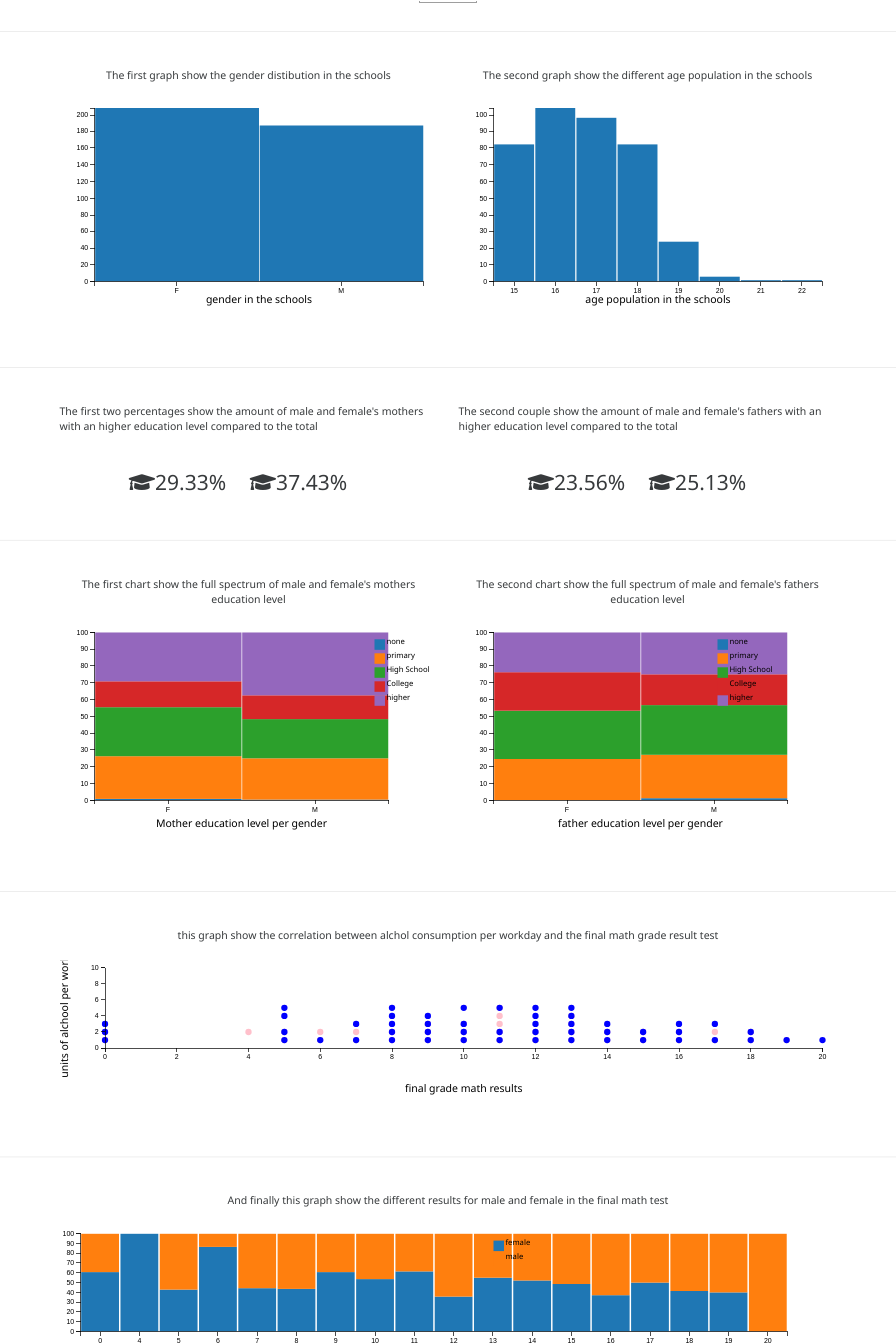
Repository: Baal89/second-milestone-project
Page: index.html
The author's editor kept a record of every edit. The page is drawn from the files as they stood at one moment, then again after the next edit.
The browser window is 1280 px wide. The pictures show the part of the page from y = 446 to 2366 px (the page is 2619 px tall), at 70% of full size.
Some web libraries are served in a nearby version.

Above is the page before.

### index.html
<!DOCTYPE html>
<html lang="en">

<head>
    <meta charset="UTF-8">
    <meta name="viewport" content="width=device-width, initial-scale=1.0">
    <meta http-equiv="X-UA-Compatible" content="ie=edge">
    <title>Student Performance</title>

    <link rel="stylesheet" href="static/css/bootstrap.min.css" type="text/css" />
    <link rel="stylesheet" href="static/css/dc.min.css" type="text/css" />
    <link rel="stylesheet" type="text/css" href="https://cdnjs.cloudflare.com/ajax/libs/font-awesome/5.10.2/css/all.css">
    <link rel="stylesheet" href="static/css/style.css" type="text/css" />

    <script type="text/javascript" src="static/js/d3.min.js"></script>
    <script type="text/javascript" src="static/js/crossfilter.min.js"></script>
    <script type="text/javascript" src="static/js/dc.min.js"></script>
    <script type="text/javascript" src="static/js/queue.min.js"></script>
    <script type="text/javascript" src="static/js/graph.js"></script>

</head>

<body>

    <nav class="navbar navbar-expand-lg navbar-dark bg-dark">
        <a class="navbar-brand" href="#">Student performance</a>
    </nav>

    <main>
        <article class="container">
            <header>
                <h1>How alcohol consumption and parental education level affect student performance</h1>
                <p>This is a report from the Ministry of the Education with the purpose to help school administrators to focus on how the social enviroment of the children can affect their academic performance.</p>
            </header>
            <p>the report is focused on the parental education level of the children and on their alcohol consumption per workday, ponting out that children with poor parental level of education usualy achieve a lower score and the alchol consumption per
                workday is generally high specially in the male component of the schools.<br> With this report the Ministry want to create, with the support of the school administrators, a scheme focused on these critical issues to provide support to
                those children who might need it, helping them to achieve the best possible result in the most safe enviroment.
            </p>
        </article>

        <section class="section">
            <div class="container">

                <div class="row">
                    <div class="col-12 col-md-12 text-center">
                        <h2>Gabriel Pereira or Mousinho da Silveira(schools)</h2>
                    </div>
                </div>
                <div class="row">
                    <div class="col-12 col-md-12 text-center" id="discipline-selector"></div>
                </div>
            </div>
        </section>


        <section class="section">
            <div class="container">

                <div class="row">
                    <div class="col-12 col-lg-6 text-center">
                        <p class="section-paragraph">The first graph show the gender distibution in the schools</p>
                    </div>
                    <div class="col-12 col-lg-6 text-center">
                        <p class="section-paragraph">The second graph show the different age population in the schools</p>
                    </div>
                </div>

                <div class="row">
                    <div class="col-12 col-lg-6 text-center custom-chart" id="sex-distribution"></div>
                    <div class="col-12 col-lg-6 text-center custom-chart" id="age-distribution"></div>
                </div>
            </div>
        </section>


        <section class="section">
            <div class="container">

                <div class="row">
                    <div class="col-12 col-lg-6">
                        <p class="section-paragraph">The first two percentages show the amount of male and female's mothers with an higher education level compared to the total</p>
                    </div>
                    <div class="col-12 col-lg-6">
                        <p class="section-paragraph">The second couple show the amount of male and female's fathers with an higher education level compared to the total</p>
                    </div>
                </div>
                <div class="row">
                    <div class="col-12 col-lg-6 text-center percentage">
                        <i class="fas fa-graduation-cap" aria-hidden="true"></i><span class="number-box" id="percentage-of-female-mother-higher-education"></span>
                        <i class="fas fa-graduation-cap" aria-hidden="true"></i><span class="number-box" id="percentage-of-male-mother-higher-education"></span>
                    </div>
                    <div class="col-12 col-lg-6 text-center percentage">
                        <i class="fas fa-graduation-cap" aria-hidden="true"></i><span class="number-box" id="percentage-of-female-father-higher-education"></span>
                        <i class="fas fa-graduation-cap" aria-hidden="true"></i><span class="number-box" id="percentage-of-male-father-higher-education"></span>
                    </div>
                </div>
            </div>
        </section>



        <section class="section">
            <div class="container">

                <div class="row">
                    <div class="col-12 col-lg-6 text-center">
                        <p class="section-paragraph">The first chart show the full spectrum of male and female's mothers education level</p>
                    </div>
                    <div class="col-12 col-lg-6 text-center">
                        <p class="section-paragraph">The second chart show the full spectrum of male and female's fathers education level</p>
                    </div>
                </div>
                <div class="row">
                    <div class="col-12 col-lg-6 text-center custom-chart" id="mother-education"></div>
                    <div class="col-12 col-lg-6 text-center custom-chart" id="father-education"></div>
                </div>
            </div>
        </section>


        <section class="section">
            <div class="container">

                <div class="row">
                    <div class="col-12 text-center">
                        <p class="section-paragraph">this graph show the correlation between alchol consumption per workday and the final math grade result test</p>
                    </div>
                </div>
                <div class="row">
                    <div class="col-12 text-center custom-chart" id="workday-alcohol-graduation"></div>
                </div>
            </div>
        </section>


        <section class="section">
            <div class="container">

                <div class="row">
                    <div class="col-12 text-center">
                        <p class="section-paragraph">And finally this graph show the different results for male and female in the final math test</p>
                    </div>
                </div>
                <div class="row">
                    <div class="col-12 text-center custom-chart" id="student-performance"></div>
                </div>
            </div>
        </section>

        <footer class="container-fluid">
            <div id="footer-details" class="row">
                <div class="col-12 col-md-6 repository">
                    <a target="_blank" href="https://github.com/Baal89/second-milestone-project"><i class="fab fa-github"></i></a>
                </div>
                <div class="col-12 col-md-6 project">
                    <h6 class="inline-block">
                        &copy;2019 Alessio Centamore <br/> CODE INSITITUTE MILESTONE PROJECT
                    </h6>
                </div>
            </div>
        </footer>
    </main>
</body>

</html>

### static/css/style.css
.section {
    border-bottom: 1px solid #e6e6e6;
    padding: 40px 0;
}

.number-box,
.fas.fa-graduation-cap {
    font-size: 30px;
}

.number-box {
    margin-right: 30px;
}

.custom-chart {
    margin-bottom: 40px;
}

.percentage {
    padding: 20px;
}

.section-paragraph {
    padding: 10px 0;
}

footer {
    background-color: #000000;
    color: #fafafa;
    min-height: 120px;
    margin: 0;

}

#footer-details {
    margin: 20px;
    letter-spacing: 0.2em;
    padding-top: 10px;
}

#footer-details a i {
    width: 50px;
    height: 50px;
    padding: 35px 0;
    border-radius: 80%;
    font-size: 60px;
    line-height: 7px;
    text-align: center;
    color: blue;
    transition: all, 0.35s ease-in-out;
    -moz-transition: all, 0.35s ease-in-out;
    -webkit-transition: all, 0.35s ease-in-out;
    -o-transition: all, 0.35s ease-in-out;
}

@media screen and (max-width: 648px) {
    .container-graph {
        overflow: hidden;
        overflow-x: scroll;
        border: none;
    }
}

### static/js/graph.js
queue()
    .defer(d3.csv, "data/student-mat.csv")
    .await(makeGraphs);

function makeGraphs(error, performanceData) {
    var ndx = crossfilter(performanceData);

    performanceData.forEach(function(d) {
        d.G3 = parseInt(d.G3);
    });

    show_discipline_selector(ndx);

    show_sex_distribution(ndx);
    show_age_distribution(ndx);
    show_mother_education(ndx);
    show_father_education(ndx);

    show_percent_higher_mother_education(ndx, "F", "#percentage-of-female-mother-higher-education");
    show_percent_higher_mother_education(ndx, "M", "#percentage-of-male-mother-higher-education");
    show_percent_higher_father_education(ndx, "F", "#percentage-of-female-father-higher-education");
    show_percent_higher_father_education(ndx, "M", "#percentage-of-male-father-higher-education");

    show_performance_to_workday_alcohol_cosumption(ndx);

    show_student_performance(ndx);

    dc.renderAll();
}

function show_discipline_selector(ndx) {
    var dim = ndx.dimension(dc.pluck("discipline"));
    var group = dim.group();

    dc.selectMenu("#discipline-selector")
        .dimension(dim)
        .group(group);
}

function show_sex_distribution(ndx) {
    var dim = ndx.dimension(dc.pluck("sex"));
    var group = dim.group();

    dc.barChart("#sex-distribution")
        .height(300)
        .margins({ top: 10, right: 50, bottom: 30, left: 50 })
        .dimension(dim)
        .group(group)
        .transitionDuration(500)
        .x(d3.scale.ordinal())
        .xUnits(dc.units.ordinal)
        .elasticY(true)
        .xAxisLabel("gender in the schools")
        .yAxis().ticks(10);
}

function show_age_distribution(ndx) {
    var dim = ndx.dimension(dc.pluck("age"));
    var group = dim.group();

    dc.barChart("#age-distribution")
        .height(300)
        .margins({ top: 10, right: 50, bottom: 30, left: 50 })
        .dimension(dim)
        .group(group)
        .transitionDuration(500)
        .x(d3.scale.ordinal())
        .xUnits(dc.units.ordinal)
        .elasticY(true)
        .xAxisLabel("age population in the schools")
        .yAxis().ticks(10);
}

function show_mother_education(ndx) {

    function motherEducation(dimension, Medu) {
        return dimension.group().reduce(
            function(p, v) {
                p.total++;
                if (v.Medu == Medu) {
                    p.match++;
                }
                return p;
            },
            function(p, v) {
                p.total--;
                if (v.Medu == Medu) {
                    p.match--;
                }
                return p;
            },
            function() {
                return { total: 0, match: 0 };
            }
        );

    }
    var dim = ndx.dimension(dc.pluck("sex"));
    var noneMotherEducation = motherEducation(dim, "0");
    var firstMotherEducation = motherEducation(dim, "1");
    var secondaryMotherEducation = motherEducation(dim, "2");
    var secondaryGradeMotherEducation = motherEducation(dim, "3");
    var higherMotherEducation = motherEducation(dim, "4");


    dc.barChart("#mother-education")
        .height(300)
        .dimension(dim)
        .group(noneMotherEducation, "none")
        .stack(secondaryGradeMotherEducation, "primary")
        .stack(secondaryMotherEducation, "High School")
        .stack(firstMotherEducation, "College")
        .stack(higherMotherEducation, "higher")
        .valueAccessor(function(d) {
            if (d.value.total > 0) {
                return (d.value.match / d.value.total) * 100;
            }
            else {
                return 0;
            }
        })
        .x(d3.scale.ordinal())
        .xUnits(dc.units.ordinal)
        .xAxisLabel("Mother education level per gender")
        .legend(dc.legend().x(450).y(20).itemHeight(15).gap(5))
        .margins({ top: 10, right: 100, bottom: 50, left: 50 });
}

function show_father_education(ndx) {

    function fatherEducation(dimension, Fedu) {
        return dimension.group().reduce(
            function(p, v) {
                p.total++;
                if (v.Fedu == Fedu) {
                    p.match++;
                }
                return p;
            },
            function(p, v) {
                p.total--;
                if (v.Fedu == Fedu) {
                    p.match--;
                }
                return p;
            },
            function() {
                return { total: 0, match: 0 };
            }
        );

    }
    var dim = ndx.dimension(dc.pluck("sex"));
    var noneFatherEducation = fatherEducation(dim, "0");
    var firstFatherEducation = fatherEducation(dim, "1");
    var secondaryFatherEducation = fatherEducation(dim, "2");
    var secondaryGradeFatherEducation = fatherEducation(dim, "3");
    var higherFatherEducation = fatherEducation(dim, "4");


    dc.barChart("#father-education")
        .dimension(dim)
        .group(noneFatherEducation, "none")
        .stack(secondaryGradeFatherEducation, "primary")
        .stack(secondaryFatherEducation, "High School")
        .stack(firstFatherEducation, "College")
        .stack(higherFatherEducation, "higher")
        .valueAccessor(function(d) {
            if (d.value.total > 0) {
                return (d.value.match / d.value.total) * 100;
            }
            else {
                return 0;
            }
        })
        .x(d3.scale.ordinal())
        .xUnits(dc.units.ordinal)
        .xAxisLabel("father education level per gender")
        .legend(dc.legend().x(370).y(20).itemHeight(15).gap(5))
        .margins({ top: 10, right: 100, bottom: 50, left: 50 });
}

function show_percent_higher_mother_education(ndx, gender, element) {
    var percentageMotherHigherEducation = ndx.groupAll().reduce(
        function(p, v) {
            if (v.sex === gender) {
                p.count++;
                if (v.Medu === "4") {
                    p.are_higher++;
                }
            }
            return p;
        },
        function(p, v) {
            if (v.sex === gender) {
                p.count--;
                if (v.Medu === "4") {
                    p.are_higher--;
                }
            }
            return p;
        },
        function() {
            return { count: 0, are_higher: 0 };
        },
    );
    dc.numberDisplay(element)
        .formatNumber(d3.format(".2%"))
        .valueAccessor(function(d) {
            if (d.count == 0) {
                return 0;
            }
            else {
                return (d.are_higher / d.count);
            }
        })
        .group(percentageMotherHigherEducation);
}

function show_percent_higher_father_education(ndx, gender, element) {
    var percentageFatherHigherEducation = ndx.groupAll().reduce(
        function(p, v) {
            if (v.sex === gender) {
                p.count++;
                if (v.Fedu === "4") {
                    p.are_higher++;
                }
            }
            return p;
        },
        function(p, v) {
            if (v.sex === gender) {
                p.count--;
                if (v.Fedu === "4") {
                    p.are_higher--;
                }
            }
            return p;
        },
        function() {
            return { count: 0, are_higher: 0 };
        },
    );
    dc.numberDisplay(element)
        .formatNumber(d3.format(".2%"))
        .valueAccessor(function(d) {
            if (d.count == 0) {
                return 0;
            }
            else {
                return (d.are_higher / d.count);
            }
        })
        .group(percentageFatherHigherEducation);
}

function show_performance_to_workday_alcohol_cosumption(ndx) {

    var genderColors = d3.scale.ordinal()
        .domain(["Female", "Male"])
        .range(["pink", "blue"]);

    var performanceDim = ndx.dimension(dc.pluck("G3"))
    var consumptionDim = ndx.dimension(function(d) {
        return [d.G3, d.Dalc, d.sex];
    });
    var workDayConsumptionGroup = consumptionDim.group();

    var minPerformance = performanceDim.bottom(1)[0].G3;
    var maxPerformance = performanceDim.top(1)[0].G3;

    dc.scatterPlot("#workday-alcohol-graduation")
        .x(d3.scale.linear().domain([minPerformance, maxPerformance]))
        .y(d3.scale.linear().domain([0, 10]))
        .brushOn(false)
        .symbolSize(8)
        .clipPadding(5)
        .xAxisLabel("")
        .title(function(d) {
            return "Workday Consumption: " + d.key[1] + " units";
        })
        .colors(genderColors)
        .colorAccessor(function(d) {
            return d.key[2];
        })
        .dimension(consumptionDim)
        .group(workDayConsumptionGroup)
        .xAxisLabel("final grade math results")
        .yAxisLabel("units of alchool per workday")
        .margins({ top: 10, right: 50, bottom: 75, left: 65 })
        .yAxis().ticks(5);
}


function show_student_performance(ndx) {

    function schoolPerformance(dimension, sex) {
        return dimension.group().reduce(
            function(p, v) {
                p.total++;
                if (v.sex == sex) {
                    p.match++;
                }
                return p;
            },
            function(p, v) {
                p.total--;
                if (v.sex == sex) {
                    p.match--;
                }
                return p;
            },
            function() {
                return { total: 0, match: 0 };
            }
        );
    }

    var dim = ndx.dimension(dc.pluck("G3"));
    var femalePerformance = schoolPerformance(dim, "F");
    var malePerformance = schoolPerformance(dim, "M");

    dc.barChart("#student-performance")
        .dimension(dim)
        .group(femalePerformance, "female")
        .stack(malePerformance, "male")
        .valueAccessor(function(d) {
            if (d.value.total > 0) {
                return (d.value.match / d.value.total) * 100;
            }
            else {
                return 0;
            }
        })
        .x(d3.scale.ordinal())
        .xUnits(dc.units.ordinal)
        .xAxisLabel("final grade math results")
        .legend(dc.legend().x(620).y(20).itemHeight(15).gap(5))
        .margins({ top: 10, right: 100, bottom: 50, left: 30 });
}


window.addEventListener("resize", myFunction);

function myFunction() {
    dc.renderAll()
}

Loaded but not shown: static/css/bootstrap.min.css (library); static/css/dc.min.css (library); static/js/d3.min.js (library); static/js/crossfilter.min.js (library); static/js/dc.min.js (library); static/js/queue.min.js (common file)

After the next edit:
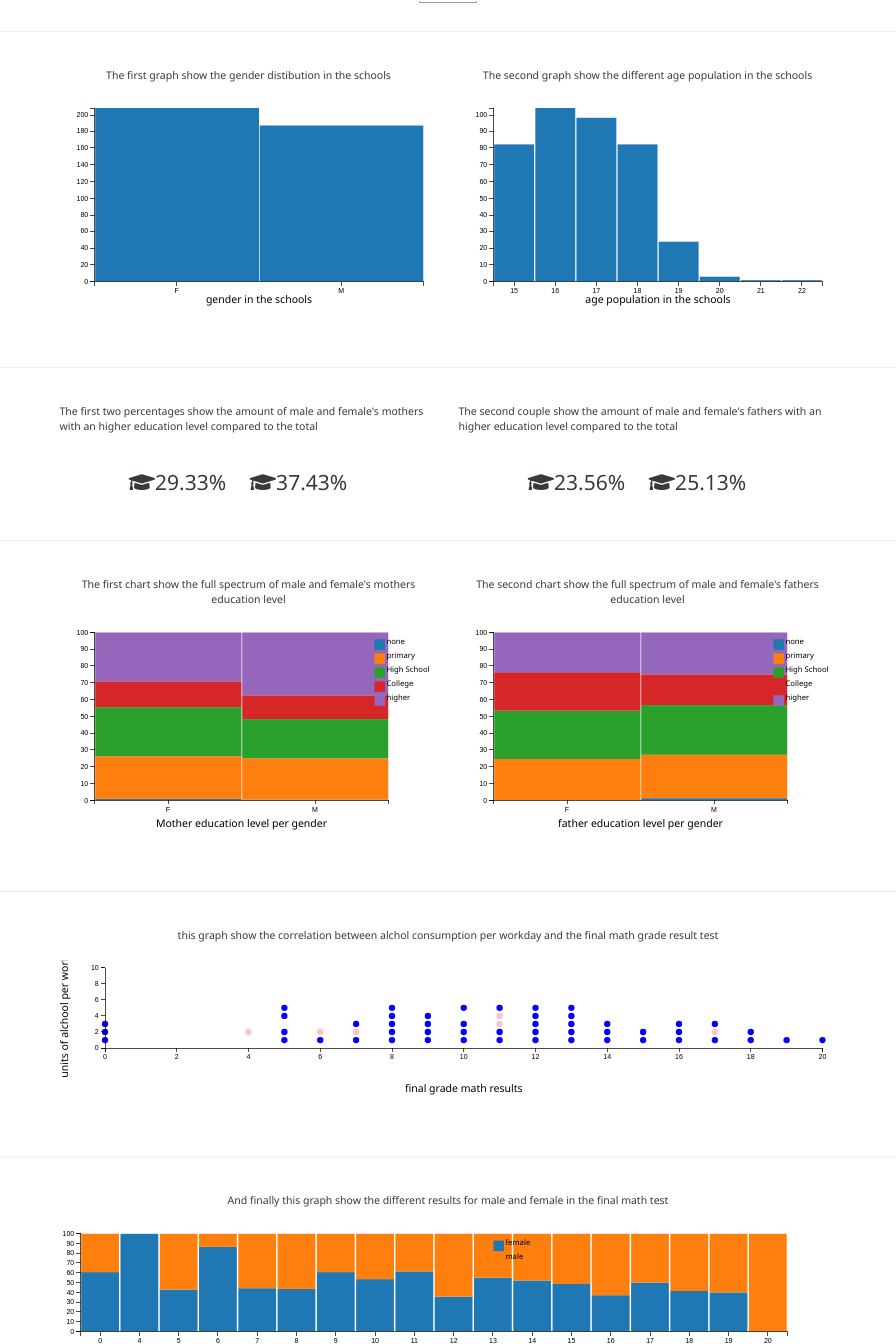
The edit:
--- a/static/js/graph.js
+++ b/static/js/graph.js
@@ -176,7 +176,7 @@
         .x(d3.scale.ordinal())
         .xUnits(dc.units.ordinal)
         .xAxisLabel("father education level per gender")
-        .legend(dc.legend().x(370).y(20).itemHeight(15).gap(5))
+        .legend(dc.legend().x(450).y(20).itemHeight(15).gap(5))
         .margins({ top: 10, right: 100, bottom: 50, left: 50 });
 }
 
